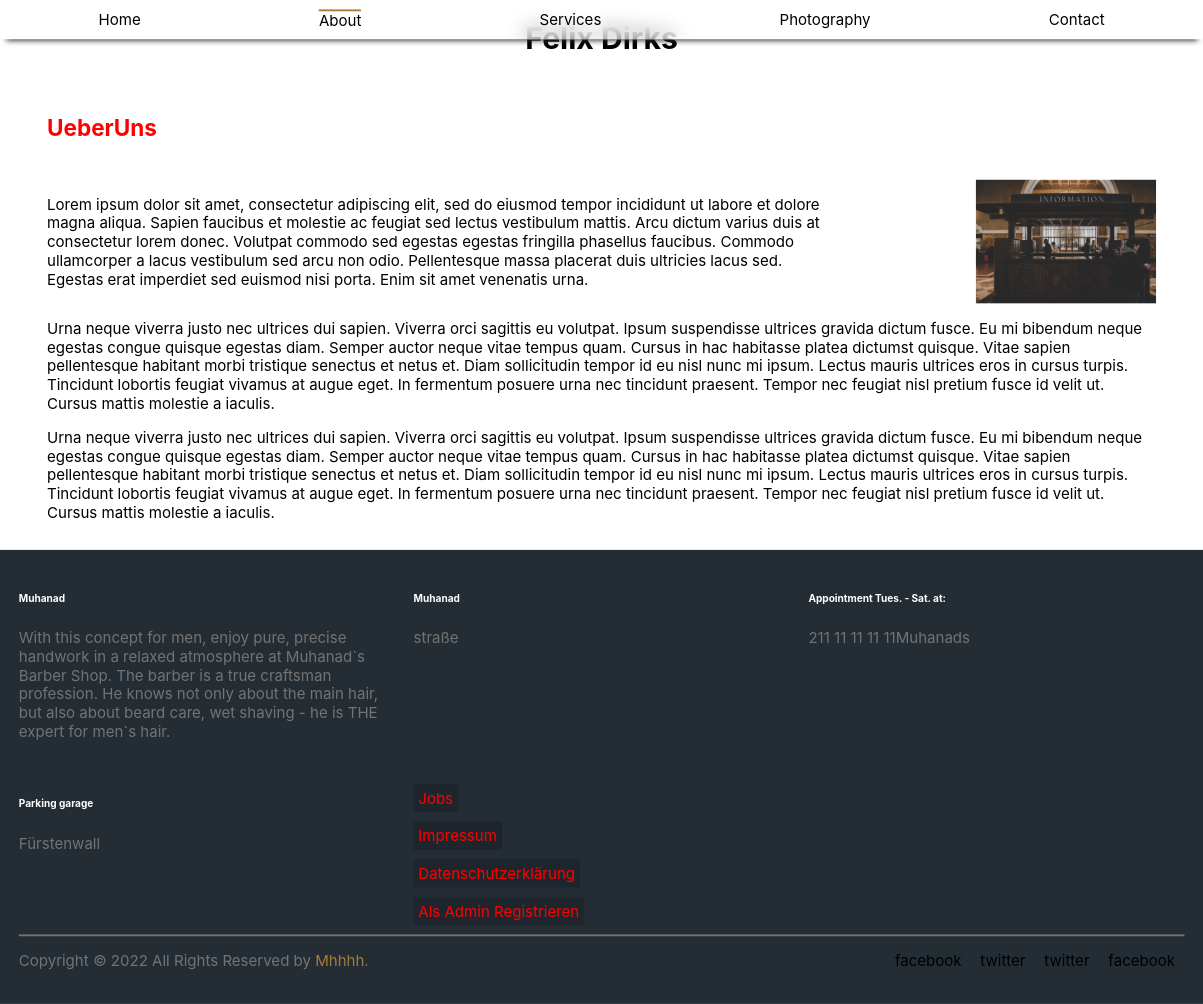
Repository: muhanad-musawi/backend-projekt-frondend
Page: /About (app in pohtographer/)
An editor plug-in stored every save of this project. The page is shown before and after the next save, followed by the edit.
The browser window is 1280 px wide. The pictures show the whole page, at 94% of full size.
The project was rebuilt for these pictures with package versions that can differ from the ones it lists, and the page was loaded fresh each time. The framework's server and built-in components were replaced by stand-ins that run in the browser. Also part of the build but not shown: pohtographer/next.config.js.

Above is the page before, as saved 2022-03-27 16:36:53.

### pohtographer/pages/_app.js
import '../styles/globals.css'
import Layout from '../layouts/default'

function MyApp({ Component, pageProps }) {


  const getLayout = Component.getLayout
  || ((page) => (<Layout>{page}</Layout>))

  return  getLayout (<Component {...pageProps} />


  )

}

export default MyApp

### pohtographer/pages/About.jsx

import styles from '../styles/main.module.css'
import Image from 'next/image'
import imgA from '../img/philip-strong-iOBTE2xsYko-unsplash.jpg'


function UeberUns() {
  return (
    <div>

    <div className={styles.mainContent}  >

    <h2 className={styles.hTwo} >UeberUns</h2>

    <div  className={styles.imgText} >
    <p className={styles.text} >Lorem ipsum dolor sit amet, consectetur adipiscing elit, sed do eiusmod tempor incididunt ut labore et dolore magna aliqua. Sapien faucibus et molestie ac feugiat sed lectus vestibulum mattis. Arcu dictum varius duis at consectetur lorem donec. Volutpat commodo sed egestas egestas fringilla phasellus faucibus. Commodo ullamcorper a lacus vestibulum sed arcu non odio. Pellentesque massa placerat duis ultricies lacus sed. Egestas erat imperdiet sed euismod nisi porta. Enim sit amet venenatis urna.
    </p>
    <Image width={192}  height={118} src={imgA} alt="" />
    </div>

    <p  className={styles.text}>Urna neque viverra justo nec ultrices dui sapien. Viverra orci sagittis eu volutpat. Ipsum suspendisse ultrices gravida dictum fusce. Eu mi bibendum neque egestas congue quisque egestas diam. Semper auctor neque vitae tempus quam. Cursus in hac habitasse platea dictumst quisque. Vitae sapien pellentesque habitant morbi tristique senectus et netus et. Diam sollicitudin tempor id eu nisl nunc mi ipsum. Lectus mauris ultrices eros in cursus turpis. Tincidunt lobortis feugiat vivamus at augue eget. In fermentum posuere urna nec tincidunt praesent. Tempor nec feugiat nisl pretium fusce id velit ut. Cursus mattis molestie a iaculis.</p>

    <p className={styles.text}>
    Urna neque viverra justo nec ultrices dui sapien. Viverra orci sagittis eu volutpat. Ipsum suspendisse ultrices gravida dictum fusce. Eu mi bibendum neque egestas congue quisque egestas diam. Semper auctor neque vitae tempus quam. Cursus in hac habitasse platea dictumst quisque. Vitae sapien pellentesque habitant morbi tristique senectus et netus et. Diam sollicitudin tempor id eu nisl nunc mi ipsum. Lectus mauris ultrices eros in cursus turpis. Tincidunt lobortis feugiat vivamus at augue eget. In fermentum posuere urna nec tincidunt praesent. Tempor nec feugiat nisl pretium fusce id velit ut. Cursus mattis molestie a iaculis.
    </p>

  </div>

  </div>
  )
}

export default UeberUns

### pohtographer/styles/globals.css
html,
body {
  padding: 0;
  margin: 0;
  font-family: -apple-system, BlinkMacSystemFont, Segoe UI, Roboto, Oxygen,
    Ubuntu, Cantarell, Fira Sans, Droid Sans, Helvetica Neue, sans-serif;
}

a {
  color: inherit;
  text-decoration: none;
}

* {
  box-sizing: border-box;
}

### pohtographer/layouts/default.jsx

import Header from '../components/Header'

import Footer from '../components/Footer'
import Head from 'next/head'


function Layout ({children}) {
  return (
    <div>
       <Header/>
       <Head>
        <title>my-App</title>
        <meta name="description" content="Generated by create next app" />
        <link rel="icon" href="/favicon.ico" />
      </Head>
      {children}
      <Footer/>
    </div>
  )
}

export default Layout

### pohtographer/styles/main.module.css


.mainContent{
  margin: 30px 50px;
}

.hTwo {
  color: red;
  margin: 40px 0px;
}

.text{
  text-align: left;


}

.imgText{
  display: flex;
  justify-content: space-between;
}

.imgText p {
  width: 70%;
 }

### pohtographer/components/Header.jsx
import Link from 'next/link'
import Image from 'next/image'
import home from '../img/home.svg'
import about from '../img/about.svg'
import service from '../img/service.svg'
import experience from '../img/experience.svg'
import contact from '../img/contact.svg'

import styles from '../styles/Header.module.css'
import { useRouter } from "next/router";



function Header() {

  const router = useRouter();

  return (
    <div className={styles.navbarCenter} >
      <h1 className={styles.logoName}>Felix Dirks</h1>
    <div className={styles.headerLinks}>

        <Link href="/">
          <a className={router.pathname == "/" ? styles.active : ""}><span className={styles.desktopVersion}>Home</span>
        <span className={styles.mobileVersion}>

          <span className={styles.img}> <Image  src={home} alt="home" /></span>


        </span></a>
        </Link>

        <Link href="/About">
          <a className={router.pathname == "/About" ? styles.active : ""}>
          <span className={styles.desktopVersion}>About</span>
        <span className={styles.mobileVersion}>


        <span className={styles.img} ><Image   src={about} alt="about" /></span>

        </span>
          </a>
        </Link>

        <Link href="/Services">
          <a className={router.pathname == "/Services" ? styles.active  : ""}>
          <span className={styles.desktopVersion}>Services</span>
        <span className={styles.mobileVersion}>

          <span className={styles.img}><Image  src={service} alt="service" /></span>


        </span>
          </a>
        </Link>

        <Link href="/Photography">
          <a className={router.pathname == "/Photography" ? styles.active  : ""}>
          <span className={styles.desktopVersion}>Photography</span>
        <span className={styles.mobileVersion}>

          <span className={styles.img} > <Image  src={home} alt="home" /></span>


        </span>
          </a>
        </Link>

        <Link href="/Contact">
          <div className={router.pathname == "/Contact" ? styles.active : ""}>
          <span className={styles.desktopVersion}>Contact</span>

        <span className={styles.mobileVersion}>

          <span className={styles.img} ><Image  src={contact} alt="contact" /></span>

        </span>
          </div>
        </Link>

        </div>

    </div>
  )
}

export default Header

### pohtographer/components/Footer.jsx
import Link from "next/link";
import styles from "../styles/Footer.module.css";

function Footer() {
  return (
    <div className={styles.footer}>

    <div className={styles.startFooter}>
      <div className={styles.conceptText}>
        <h6>Muhanad</h6>
        <p>
          With this concept for men, enjoy pure, precise handwork in a relaxed
          atmosphere at Muhanad`s Barber Shop. The barber is a true craftsman
          profession. He knows not only about the main hair, but also about
          beard care, wet shaving - he is THE expert for men`s hair.
        </p>
      </div>

      <div className={styles.adresseLink}>
        <h6>Muhanad</h6>
        <div>
          <Link href="'">straße</Link>
        </div>
      </div>

      <div className={styles.openingContactDetails}>
        <h6>Appointment Tues. - Sat. at:</h6>
        <div>
          <Link href="'">211 11 11 11 11</Link>
          <Link href="'">Muhanads</Link>
        </div>
      </div>

      <div className={styles.parkingGarage}>
        <h6>Parking garage</h6>
        <div>
          <Link href="'">Fürstenwall</Link>
        </div>
      </div>

      <div className={styles.jobsImpressumDatenschutzerklärungLink}>
      <div><Link href="'">Jobs</Link></div>
      <div><Link href="'">Impressum</Link></div>
       <div><Link href="'">Datenschutzerklärung</Link></div>
       <div><Link href="/register">Als Admin Registrieren</Link></div>
      </div>
       </div>


      <div className={styles.endFooter}>

        <div className={styles.copyrightLink}>
          <p>
           Copyright &copy; 2022 All Rights Reserved by
           <span className={styles.link}><Link href="#">  Mhhhh</Link></span>.
          </p>
        </div>

        <div className={styles.socialMedia}>
          <ul className={styles.socialMediaUl}>
            <li>
              <span><Link href="#">facebook</Link></span>

            </li>
            <li>
              <span><Link href="#">twitter</Link></span>

            </li>
            <li>
              <span><Link href="#">twitter </Link></span>

            </li>
            <li>
              <span><Link href="#">facebook</Link></span>
            </li>
          </ul>
        </div>
      </div>
    </div>
  );
}

export default Footer;

### pohtographer/styles/Header.module.css
/*
$color-white:#ffffff;
$footer-color:#737373;
$color-gold:#a57d38;
$color-dark:#242d34;
*/




.navbarCenter {
  width: 100%;
  display: flex;
  justify-content: center;

}

.headerLinks {
  -webkit-backdrop-filter: blur(10px);
  backdrop-filter: blur(10px);
  background-color: rgba(255, 255, 255, 0.5);

  margin: auto auto;
  padding: 10px;
  margin-bottom: 50px;
  display: flex;
  justify-content: space-around;
  align-items: center;

  border-radius: 40px;
  overflow: hidden;
  position: fixed;
  bottom: 0;
  width: 85%;
}

.mobileVersion {
  display: flex;
  justify-content: center;
  align-items: center;
  visibility: visible;
  border: 1px solid #a57d38;
  border-radius: 60%;
}

.mobileVersion:hover {
  border: 1px solid #a57d38;
  background-color: #242d34;
  border-radius: 60%;
}

.active {
  background-color: #242d34;
  border-radius: 60%;
  border: 2px solid #a57d38;
}

.img {
  width: 40px;
  margin: 5px;
  margin-left: 10px;
  margin-right: 10px;
  margin-top: 10px;
}

.desktopVersion {
  display: none;
  visibility: hidden;
}



@media screen and (min-width: 1024px) {

  .navbarCenter {

    position: sticky;
    overflow: hidden;
    z-index: 2;
    top: 0;

    width: 100%;
  }


  .headerLinks {
    width: 100%;
    -webkit-backdrop-filter: blur(10px);
    backdrop-filter: blur(10px);
    background-color: rgba(255, 255, 255, 0.5);


    justify-content: space-around;
    margin-top: 0px;
    margin-bottom: 0px;
    border-radius: 0;
    bottom: unset;


    -webkit-box-shadow: 0 8px 6px -6px #242d34;
    -moz-box-shadow: 0 8px 6px -6px #242d34;
    box-shadow: 0 8px 6px -6px #242d34;
  }


  .active {

    background-color: initial;
    border-radius: 0;
    border: none;
    border-top: 2px solid #a57d38;
  }

  .mobileVersion {
    display: none;
    visibility: hidden;
  }

  .desktopVersion {


    display: block;
    visibility: visible;
  }




}

### pohtographer/styles/Footer.module.css


.footer {
  width: 100%;
  padding: 20px;
  background-color: rgba(36,45,52,1);
}

.startFooter {
  display: grid;
  grid-template-columns: 1fr;
  grid-template-rows: 1fr;
}

.conceptText h6{
  color: #ffffff;
}

.conceptText p {
  color: #737373;
}

.adresseLink h6{
  color: #ffffff;
}

.adresseLink div{
  color: #737373;
}

.openingContactDetails h6{
  color: #ffffff;
}

.openingContactDetails div{
  color: #737373;
}

.parkingGarage h6{
  color: #ffffff;
}

.parkingGarage div {
  color: #737373;
}

.jobsImpressumDatenschutzerklärungLink  div {
  margin: 10px 0;
  padding: 5px 5px;
  color: red;
  background-color: #1f252c;
  width: max-content;
}


.copyrightLink {
  color: #737373;
  display: flex;
}

.link {
  color: #a57d38;
}

.endFooter {
  width: 100%;
  display: flex;
  justify-content: space-between;
  flex-direction: column;
  align-items: center;
  border-top: 2px solid  #737373;
}

.socialMedia {
 text-align: center;
}

.socialMediaUl {
  list-style: none;
  display: flex;
 justify-content: space-between;
}

.socialMediaUl li {
  margin: 0;
}


@media screen and (min-width: 700px) {

  .startFooter {
    display: grid;
    grid-template-columns: 1fr 1fr ;
    grid-template-rows: auto;
    column-gap: 20px;
    row-gap: 20px;
  }

  .endFooter {
    flex-direction: row;
  }

  .socialMediaUl li {
    margin: 0 10px
  }

}

@media screen and (min-width: 1000px) {

  .startFooter {
    display: grid;
    grid-template-columns: 1fr 1fr 1fr;
    grid-template-rows: auto;

  }

  .socialMedia {
    text-align: center;
    display: flex;
    justify-content: space-between;
   }
}

After the next save:
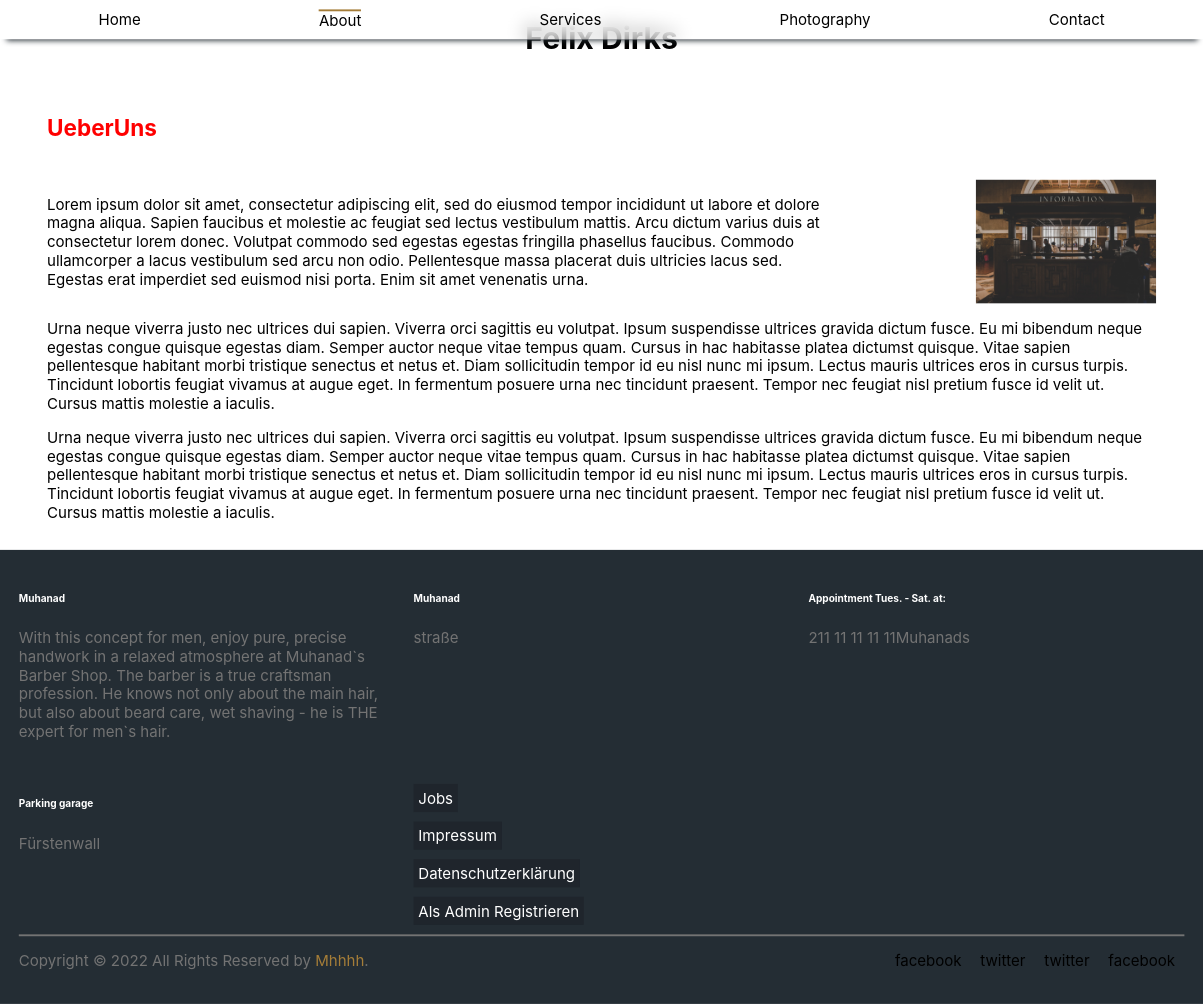
Saved 15 s later.
--- a/pohtographer/styles/Footer.module.css
+++ b/pohtographer/styles/Footer.module.css
@@ -47,7 +47,7 @@
 .jobsImpressumDatenschutzerklärungLink  div {
   margin: 10px 0;
   padding: 5px 5px;
-  color: red;
+  color: #ffffff;
   background-color: #1f252c;
   width: max-content;
 }
